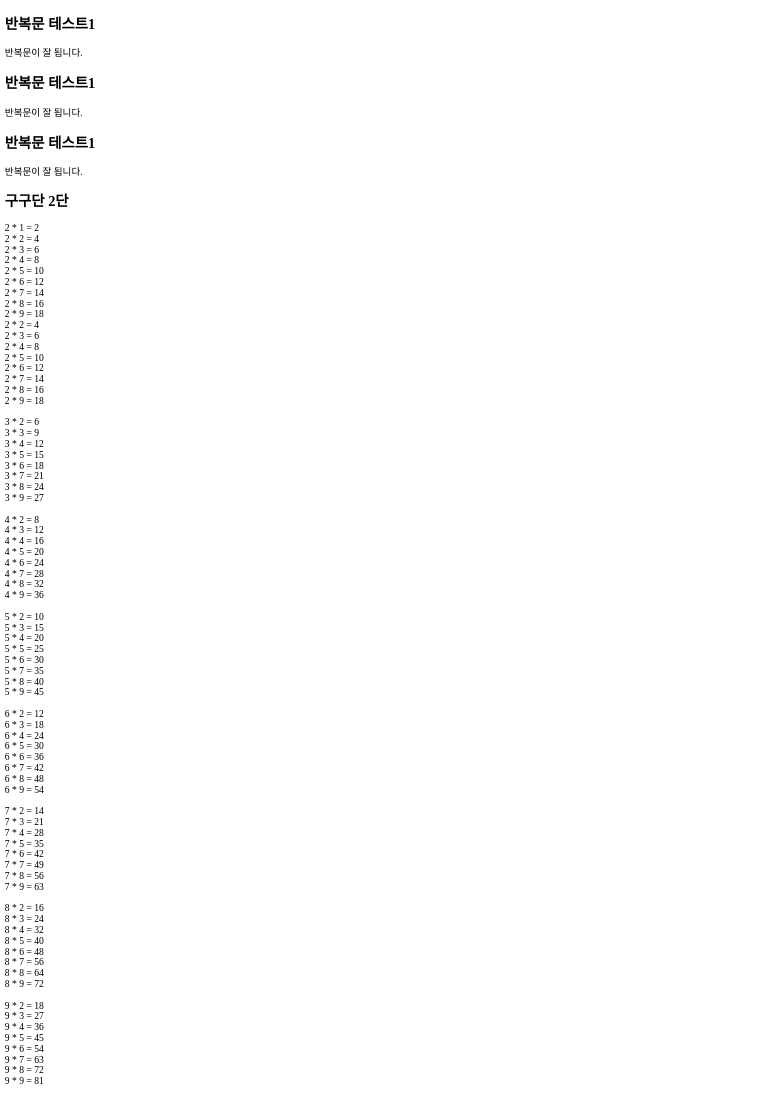
Repository: jungreul97/jsp_pracitce
Page: http://localhost/JSPBasic/JspTag/Scriptlet.jsp
The author's editor kept a copy of each file at every save. The page is drawn from the files as they stood at one save, then again after the next save.
The browser window is 1280 px wide. The pictures show the whole page, at 60% of full size.
The page is served by Tomcat 9.

Above is the page before, as saved 2022-01-28 03:12:16.

### JSPBasic/src/main/webapp/JspTag/Scriptlet.jsp
<%@ page language="java" contentType="text/html; charset=UTF-8"
    pageEncoding="UTF-8"%>
<!DOCTYPE html>
<html>
<head>
<meta charset="UTF-8">
<title>Insert title here</title>
</head>
<body>
	<!-- 스크립트릿 내부에는 자바 코드를 작성할 수 있으며
	이 코드를 반영해 페이지가 구성됩니다. -->
	<% for(int i=0;i<3;i++){ %>
		<h2>반복문 테스트1</h2>
		<p>
			반복문이 잘 됩니다.
		</p>
	<% } %>

	<!--  하단에 구구단 코드를 작성해주세요.
	System.out.println()이 괄호 내 구문을 콘솔에 찍히게 해줬다면
	out.println()은 html화면에 괄호 내 구문을 콘솔에 찍히게 해줍니다.
	(javascript의 document.wrtie()와 같은 역할)-->
	<h2>구구단 2단</h2>
	<% for(int i=1;i<=9;i++){
		out.println("2 * "+i+" = "+(2*i)+"<br/>");
	} %>

	<% for(int i=2;i<=9;i++){
		for(int j=2;j<=9;j++){
			out.println(i+" * "+j+" = "+(i*j)+"<br/>");
		}
		out.println("<br/>");

	} %>
</body>
</html>

After the next save:
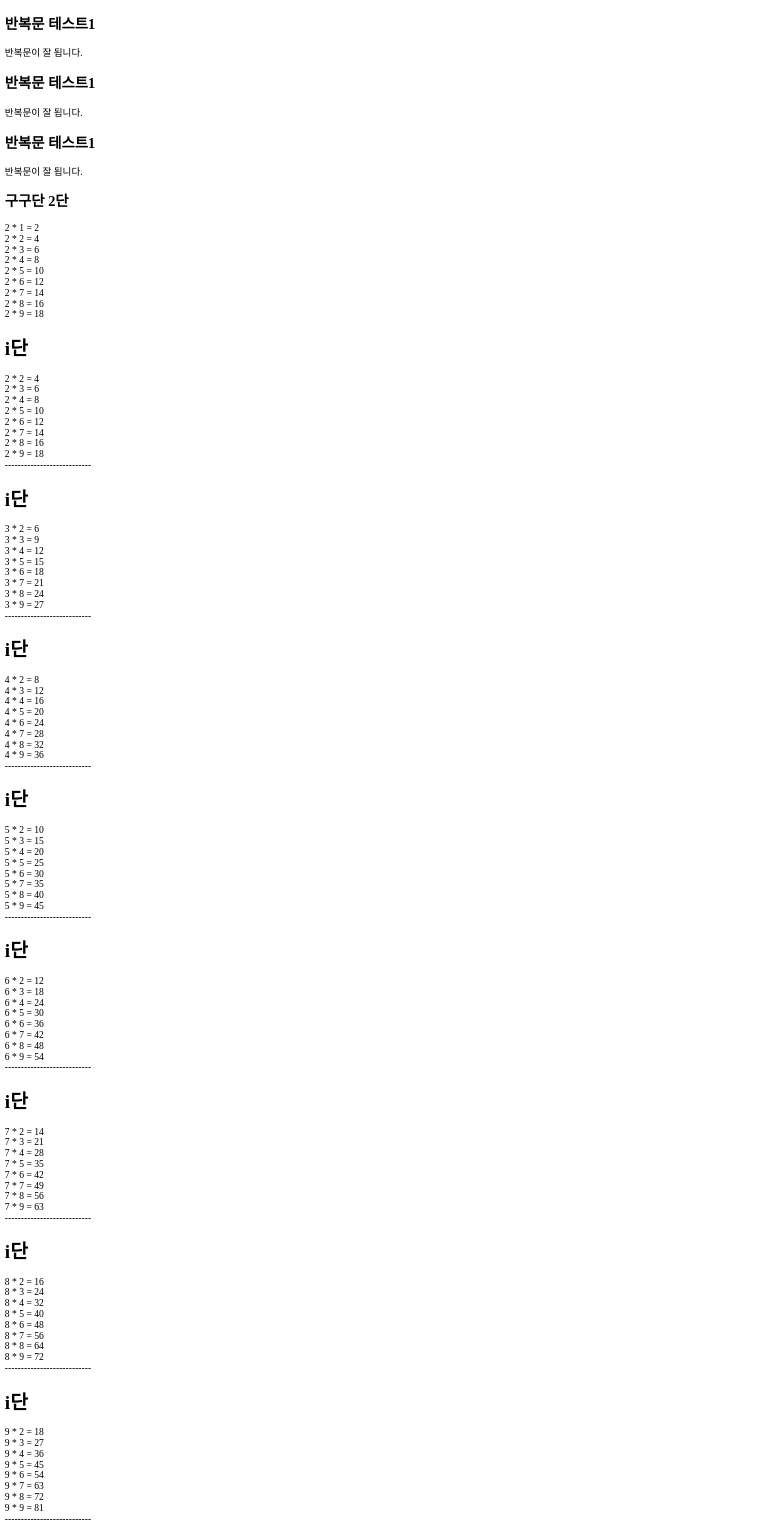
Saved 4 min 58 s later.
--- a/JSPBasic/src/main/webapp/JspTag/Scriptlet.jsp
+++ b/JSPBasic/src/main/webapp/JspTag/Scriptlet.jsp
@@ -25,10 +25,12 @@
 		out.println("2 * "+i+" = "+(2*i)+"<br/>");
 	} %>
 
-	<% for(int i=2;i<=9;i++){
-		for(int j=2;j<=9;j++){
+	<% for(int i=2;i<=9;i++){ %>
+		<h1>i단</h1>
+		<%for(int j=2;j<=9;j++){
 			out.println(i+" * "+j+" = "+(i*j)+"<br/>");
 		}
+		out.println("---------------------------");
 		out.println("<br/>");
 
 	} %>
